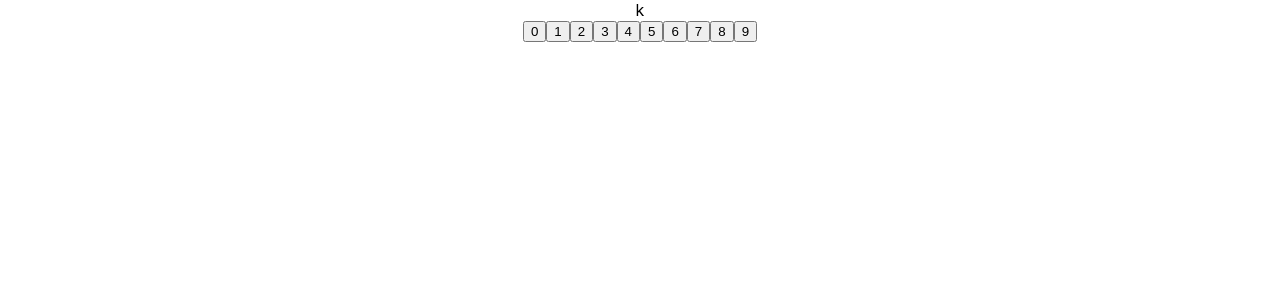
Repository: hoangphuong965/calculator_react
Page: /
The author's editor kept a copy of each file at every save. The page is drawn from the files as they stood at one save, then again after a run of saves.
The browser window is 1280 px wide. The pictures show the whole page.
The project was rebuilt for these pictures with package versions that can differ from the ones it lists, and the page was loaded fresh each time.

Above is the page before, as saved 2020-08-04 07:50:14.

### src/App.js
import React from "react";
import "./App.css";
import Key from "./component/Key";

function App() {
  return <div className="App">
    <Key />
  </div>;
}

export default App;

### src/component/Key.js
import React from 'react'

function Key() {
     return (
       <div className="key">
            k
         <div className="key-number">
           <button className="data-key">0</button>
           <button className="data-key">1</button>
           <button className="data-key">2</button>
           <button className="data-key">3</button>
           <button className="data-key">4</button>
           <button className="data-key">5</button>
           <button className="data-key">6</button>
           <button className="data-key">7</button>
           <button className="data-key">8</button>
           <button className="data-key">9</button>
         </div>
       </div>
     );
}

export default Key

Loaded but not shown: public/index.html (common file); src/index.js (common file); src/index.css (common file); src/serviceWorker.js (common file); src/App.css (common file)

After the next 3 saves:
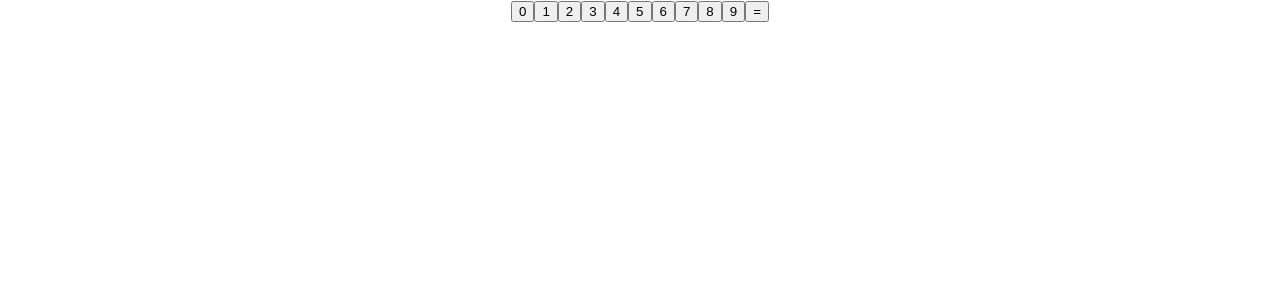
The 3 saves are shown as one change because they came seconds apart.
The last was saved 10 s later.
--- a/src/component/Key.js
+++ b/src/component/Key.js
@@ -3,7 +3,7 @@ import React from 'react'
 function Key() {
      return (
        <div className="key">
-            k
+
          <div className="key-number">
            <button className="data-key">0</button>
            <button className="data-key">1</button>
@@ -15,6 +15,7 @@ function Key() {
            <button className="data-key">7</button>
            <button className="data-key">8</button>
            <button className="data-key">9</button>
+           <button className="data-key">=</button>
          </div>
        </div>
      );
